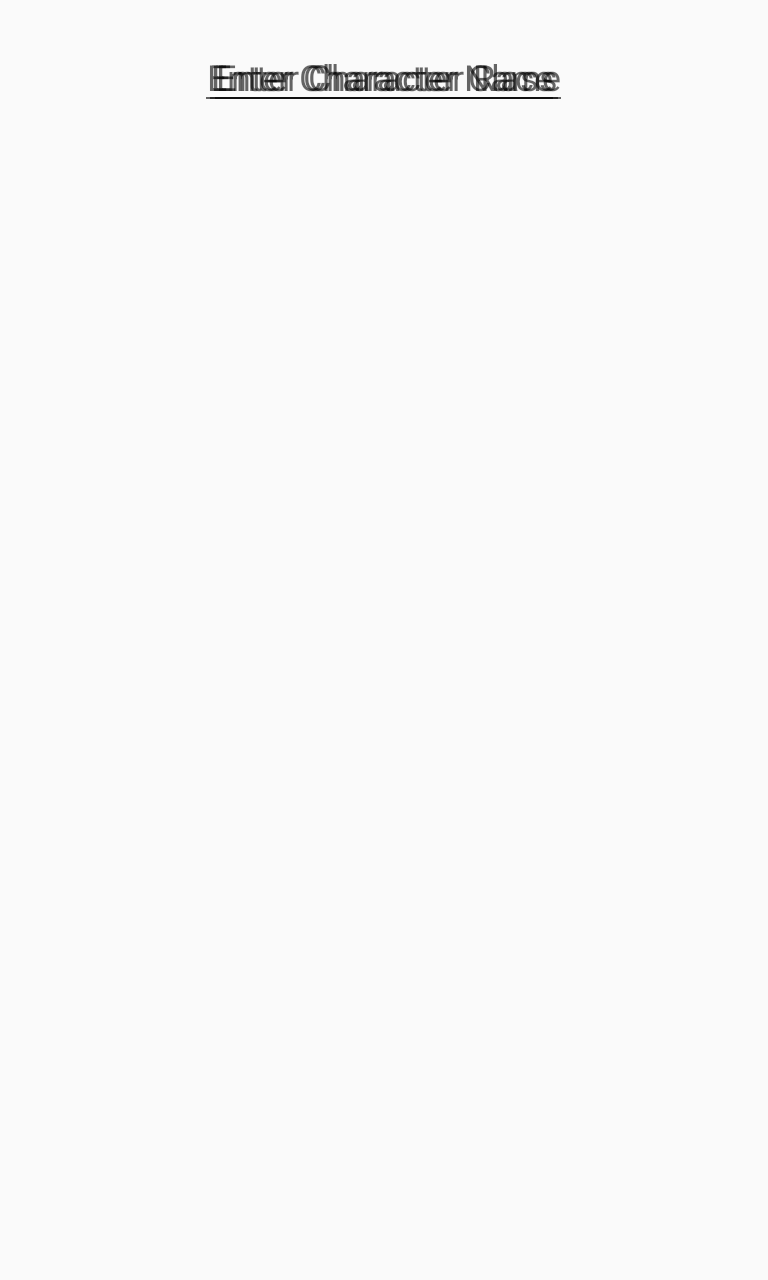
Repository: Vortelf/DnDAndroid
Layout: BuildApp/DnD/res/layout/activity_custom_char.xml
An editor plug-in stored every save of this project. The layout is shown before and after the next save, followed by the edit.
It is drawn on a 768 x 1280 px phone screen (xhdpi) without system bars, with theme AppTheme; the app's code is not run.

Above is the layout before, as saved 2014-11-09 11:53:50.

After the next save:
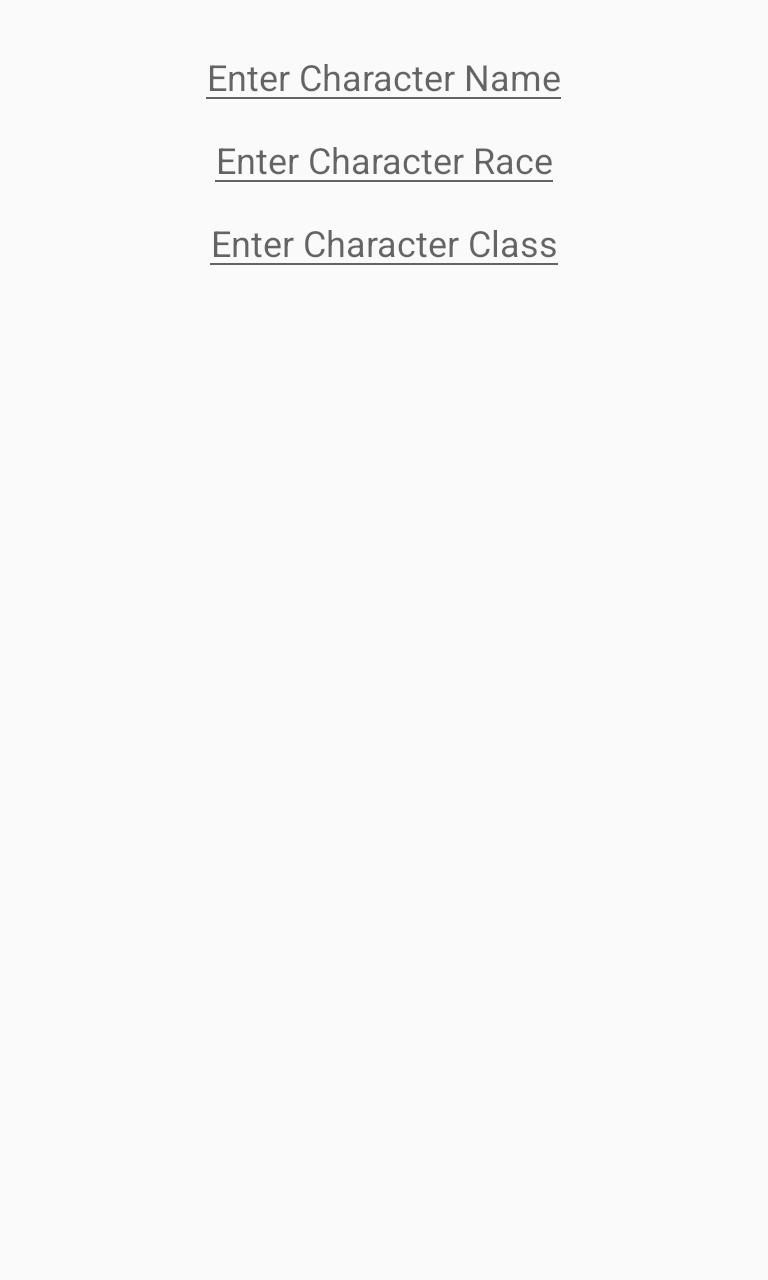
Saved 82 s later.
--- a/BuildApp/DnD/res/layout/activity_custom_char.xml
+++ b/BuildApp/DnD/res/layout/activity_custom_char.xml
@@ -22,6 +22,7 @@
         android:layout_width="wrap_content"
         android:layout_height="wrap_content"
         android:layout_centerHorizontal="true"
+        android:layout_below="@id/CharacterName"
         android:inputType="textCapSentences"
         android:gravity="center_horizontal"
         android:hint="@string/inCharacterRace"
@@ -31,6 +32,7 @@
         android:layout_width="wrap_content"
         android:layout_height="wrap_content"
         android:layout_centerHorizontal="true"
+        android:layout_below="@id/CharacterRace"
         android:inputType="textCapSentences"
         android:gravity="center_horizontal"
         android:hint="@string/inCharacterClass"
